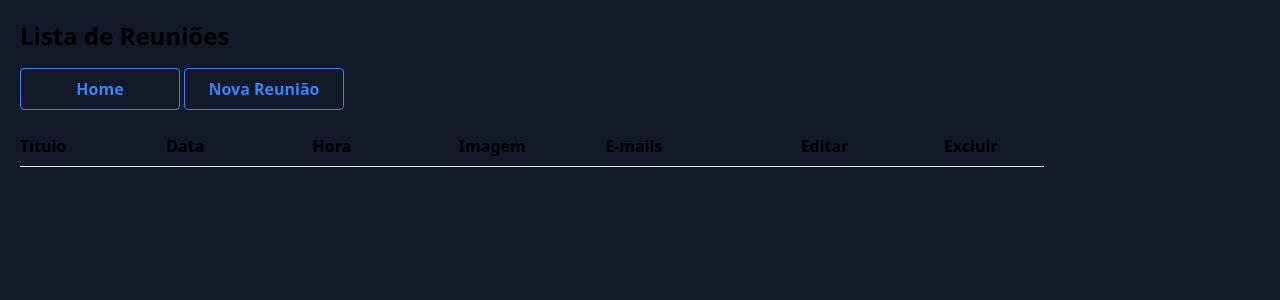
Repository: TamiBeira/meeting
Page: /meetings
An editor plug-in stored every save of this project. The page is shown before and after the next save, followed by the edit.
The browser window is 1280 px wide. The pictures show the whole page.
The project was rebuilt for these pictures with package versions that can differ from the ones it lists, and the page was loaded fresh each time. Also part of the build but not shown: vite.config.ts, src/contexts/FormContext.tsx, src/components/Form.tsx, src/components/HomePage.tsx.

Above is the page before, as saved 2024-02-27 00:16:51.

After the next save:
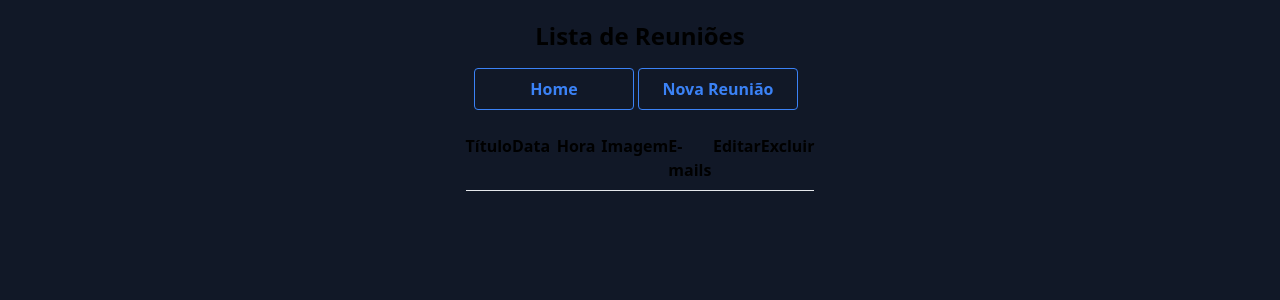
Saved 28 s later.
--- a/src/components/MeetingsView.tsx
+++ b/src/components/MeetingsView.tsx
@@ -28,7 +28,7 @@ export const MeetingsView: React.FC = () => {
   };
 
   return (
-    <div className="mx-auto bg-gray-900 w-full h-screen p-5 flex-col justify-center">
+    <div className="mx-auto bg-gray-900 w-full h-screen p-5 flex-col justify-items-center">
       <h2 className="text-2xl font-bold mb-4">Lista de Reuniões</h2>
       <div className="mt-4 mb-4">
         <Link to="/" className="w-40 mr-1 inline-block text-center border border-solid border-blue-500 text-blue-500 font-bold px-4 py-2 rounded">Home</Link>

After the 2 saves that followed:
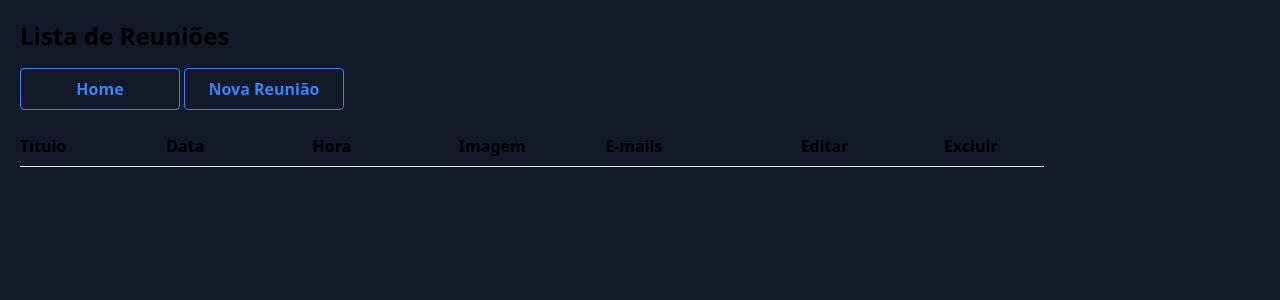
The 2 saves are shown as one change because 1 left the picture as it was.
The last was saved 16 s later.
--- a/src/components/MeetingsView.tsx
+++ b/src/components/MeetingsView.tsx
@@ -28,7 +28,7 @@ export const MeetingsView: React.FC = () => {
   };
 
   return (
-    <div className="mx-auto bg-gray-900 w-full h-screen p-5 flex-col justify-items-center">
+    <div className="mx-auto bg-gray-900 w-full h-screen p-5 flex-col">
       <h2 className="text-2xl font-bold mb-4">Lista de Reuniões</h2>
       <div className="mt-4 mb-4">
         <Link to="/" className="w-40 mr-1 inline-block text-center border border-solid border-blue-500 text-blue-500 font-bold px-4 py-2 rounded">Home</Link>
